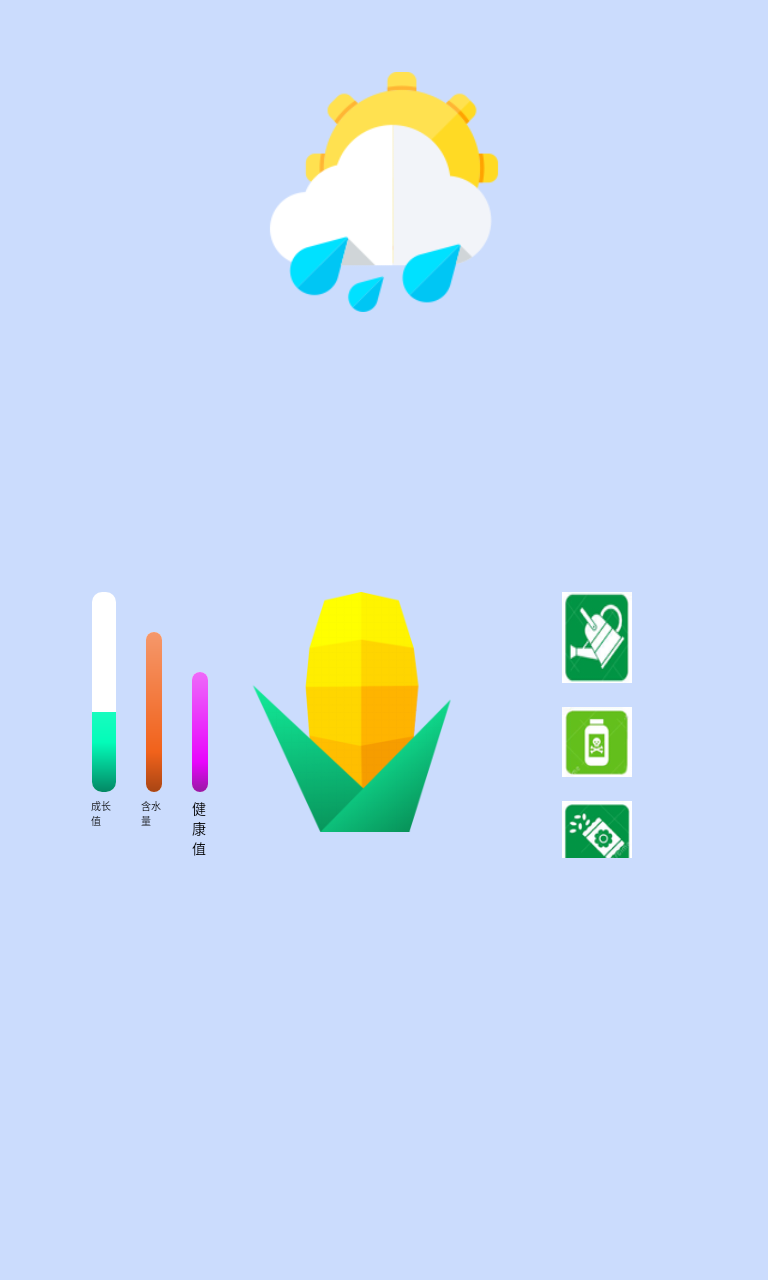
Repository: DraceWang/YumiTianqi
Layout: YumiTianqi/res/layout/fragment_main.xml
An editor plug-in stored every save of this project. The layout is shown before and after the next save, followed by the edit.
It is drawn on a 768 x 1280 px phone screen (xhdpi) without system bars, with theme AppTheme; the app's code is not run. Lists and similar views that code fills are empty.

Above is the layout before, as saved 2015-05-21 03:11:51.

### YumiTianqi/res/layout/fragment_main.xml
<RelativeLayout xmlns:android="http://schemas.android.com/apk/res/android"
    xmlns:tools="http://schemas.android.com/tools"
    android:layout_width="match_parent"
    android:layout_height="match_parent"
    android:background="#cbdcfd"
    android:paddingBottom="@dimen/activity_vertical_margin"
    android:paddingLeft="@dimen/activity_horizontal_margin"
    android:paddingRight="@dimen/activity_horizontal_margin"
    android:paddingTop="@dimen/activity_vertical_margin"
    tools:context="com.boyumi.yumitianqi.MainActivity$PlaceholderFragment" >

    <TextView
        android:id="@+id/CityName"
        android:layout_width="wrap_content"
        android:layout_height="wrap_content"
        android:layout_marginLeft="20dp"
        android:layout_marginTop="20dp"
        android:textColor="#000"
        android:textSize="10sp" />

    <TextView
        android:id="@+id/currentTemperature"
        android:layout_width="wrap_content"
        android:layout_height="wrap_content"
        android:layout_alignParentRight="true"
        android:layout_alignTop="@+id/CityName"
        android:layout_marginRight="20dp"
        android:textColor="#000"
        android:textSize="10sp" />

    <ImageView
        android:id="@+id/WeatherIcon"
        android:layout_width="120dp"
        android:layout_height="120dp"
        android:layout_alignTop="@+id/CityName"
        android:layout_centerHorizontal="true"
        android:src="@drawable/sunnyrain" />

    <TextView
        android:layout_width="wrap_content"
        android:layout_height="wrap_content"
        android:id="@+id/WeatherCondition"
        android:layout_below="@+id/WeatherIcon"
        android:layout_centerHorizontal="true"
        android:layout_marginTop="5dp"
        android:textSize="10sp"
        android:textColor="#000"
        />

    <TextView
        android:layout_width="wrap_content"
        android:layout_height="wrap_content"
        android:id="@+id/date"
        android:layout_alignParentBottom="true"
        android:layout_alignParentRight="true"
        android:layout_marginRight="5dp"
        android:layout_marginBottom="2dp"
        android:textSize="5sp"
        android:textColor="#666"
        />

    <TableLayout android:layout_width="60dp" android:layout_height="wrap_content" android:id="@+id/btn_AQ" android:layout_above="@+id/body" android:layout_marginLeft="10dp" android:layout_marginBottom="-100dp">

        <TableRow android:layout_width="wrap_content" android:layout_height="wrap_content">
            <TextView android:id="@+id/AQ_title" android:layout_width="60dp" android:layout_height="20dp" android:layout_alignParentLeft="true" android:gravity="center" android:textSize="6sp" />
        </TableRow>

        <TableRow android:layout_width="wrap_content" android:layout_height="wrap_content">
            <TextView android:id="@+id/AQ_content" android:layout_width="60dp" android:layout_height="20dp" android:gravity="center" android:layout_below="@+id/AQ_title" />
        </TableRow>


    </TableLayout>
    <HorizontalScrollView
        android:id="@+id/body"
        android:layout_width="wrap_content"
        android:layout_height="match_parent"
        android:layout_below="@+id/WeatherIcon"
        android:layout_centerHorizontal="true"
        android:layout_marginTop="100dp"
        android:layout_alignParentBottom="true"
        android:scrollbars="none" >

        <LinearLayout
            android:layout_width="wrap_content"
            android:layout_height="wrap_content"
            android:orientation="horizontal" >

            <RelativeLayout
                android:layout_width="320dp"
                android:layout_height="wrap_content"
                android:paddingLeft="15dp" >

                <ImageView
                    android:id="@+id/cron"
                    android:layout_width="120dp"
                    android:layout_height="120dp"
                    android:layout_centerHorizontal="true"
                    android:layout_marginTop="40dp"
                    android:src="@drawable/cron" />

                <ProgressBar
                    android:id="@+id/progressBar_gv"
                    style="?android:attr/progressBarStyleHorizontal"
                    android:layout_width="12dp"
                    android:layout_height="100dp"
                    android:layout_alignTop="@+id/cron"
                    android:layout_marginLeft="15dp"
                    android:max="200"
                    android:progress="80"
                    android:progressDrawable="@drawable/mybar_gv" />

                <ProgressBar
                    android:id="@+id/progressBar_wv"
                    style="?android:attr/progressBarStyleHorizontal"
                    android:layout_width="8dp"
                    android:layout_height="80dp"
                    android:layout_above="@+id/Date"
                    android:layout_alignBottom="@+id/progressBar_gv"
                    android:layout_marginLeft="15dp"
                    android:layout_toRightOf="@+id/progressBar_gv"
                    android:max="50"
                    android:progress="80"
                    android:progressDrawable="@drawable/mybar_wv" />

                <ProgressBar
                    android:id="@+id/progressBar_hv"
                    style="?android:attr/progressBarStyleHorizontal"
                    android:layout_width="8dp"
                    android:layout_height="60dp"
                    android:layout_above="@+id/Date"
                    android:layout_alignBottom="@+id/progressBar_gv"
                    android:layout_marginLeft="15dp"
                    android:layout_toRightOf="@+id/progressBar_wv"
                    android:max="10"
                    android:progress="80"
                    android:progressDrawable="@drawable/mybar_hv" />

                <ImageButton
                    android:id="@+id/imageButton_water"
                    android:layout_width="35dp"
                    android:layout_height="35dp"
                    android:layout_above="@+id/imageButton_bug"
                    android:layout_alignParentRight="true"
                    android:layout_alignTop="@+id/cron"
                    android:layout_marginBottom="12dp"
                    android:layout_marginRight="20dp"
                    android:background="@drawable/water"
                    android:onClick="water"
                    android:scaleType="fitCenter" />

                <ImageButton
                    android:id="@+id/imageButton_bug"
                    android:layout_width="35dp"
                    android:layout_height="35dp"
                    android:layout_above="@+id/imageButton_feiliao"
                    android:layout_alignLeft="@+id/imageButton_water"
                    android:layout_alignParentRight="true"
                    android:layout_marginBottom="12dp"
                    android:layout_marginRight="20dp"
                    android:background="@drawable/bug"
                    android:scaleType="fitCenter" />

                <ImageButton
                    android:id="@+id/imageButton_feiliao"
                    android:layout_width="35dp"
                    android:layout_height="35dp"
                    android:layout_alignBottom="@+id/cron"
                    android:layout_alignLeft="@+id/imageButton_water"
                    android:layout_alignParentRight="true"
                    android:layout_marginRight="20dp"
                    android:layout_marginBottom="-20dp"
                    android:background="@drawable/feiliao"
                    android:scaleType="fitCenter" />

                <TextView
                    android:id="@+id/grown"
                    android:layout_width="12dp"
                    android:layout_height="wrap_content"
                    android:layout_alignLeft="@+id/progressBar_gv"
                    android:layout_below="@+id/progressBar_gv"
                    android:layout_marginTop="3dp"
                    android:layout_marginLeft="-1dp"
                    android:text="成长值"
                    android:textColor="#000"
                    android:textSize="5sp" />

                <TextView
                    android:id="@+id/water"
                    android:layout_width="12dp"
                    android:layout_height="wrap_content"
                    android:layout_alignLeft="@+id/progressBar_wv"
                    android:layout_below="@+id/progressBar_wv"
                    android:layout_marginTop="3dp"
                    android:layout_marginLeft="-3dp"
                    android:text="含水量"
                    android:textColor="#000"
                    android:textSize="5sp" />

                <TextView
                    android:id="@+id/healthy"
                    android:layout_width="12dp"
                    android:layout_height="wrap_content"
                    android:layout_alignLeft="@+id/progressBar_hv"
                    android:layout_below="@+id/progressBar_hv"
                    android:layout_marginTop="3dp"
                    android:text="健康值"
                    android:textColor="#000"
                    android:textSize="7sp" />
            </RelativeLayout>

            <ListView
                android:id="@+id/forecast"
                android:layout_width="320dp"
                android:layout_height="wrap_content"
                android:layout_marginTop="40dp"
                android:layout_marginLeft="30dp"
                android:paddingRight="15dp">
            </ListView>
        </LinearLayout>
    </HorizontalScrollView>




</RelativeLayout>

### YumiTianqi/res/drawable-mdpi/mybar_gv.xml
<?xml version="1.0" encoding="utf-8"?>
<layer-list xmlns:android="http://schemas.android.com/apk/res/android" >
    <item android:id="@android:id/background" >
        <shape>
            <corners android:radius="5dip" />
            <gradient
                	android:startColor="#ffffff"
                    android:centerColor="#ffffff"
                    android:endColor="#ffffff"
                    android:angle="270"
            />
        </shape>
    </item>

     <item android:id="@android:id/progress">
        <clip android:clipOrientation="vertical"
            android:gravity="bottom">
            <shape>
                <corners android:radius="5dip" />
                <gradient
                        android:startColor="#6cfcd5"
                        android:centerColor="#03fcb9"
                        android:centerX="0.75"
                        android:endColor="#038864"
                        android:angle="270"
                />
            </shape>
        </clip>
    </item>


</layer-list>

### YumiTianqi/res/drawable-mdpi/mybar_wv.xml
<?xml version="1.0" encoding="utf-8"?>
<layer-list xmlns:android="http://schemas.android.com/apk/res/android" >
    <item android:id="@android:id/background" >
        <shape>
            <corners android:radius="5dip" />
            <gradient
                	android:startColor="#ffffff"
                    android:centerColor="#ffffff"
                    android:endColor="#ffffff"
                    android:angle="270"
            />
        </shape>
    </item>

     <item android:id="@android:id/progress">
        <clip android:clipOrientation="vertical"
            android:gravity="bottom">
            <shape>
                <corners android:radius="5dip" />
                <gradient
                        android:startColor="#f5986b"
                        android:centerColor="#f1621b"
                        android:centerX="0.75"
                        android:endColor="#a84514"
                        android:angle="270"
                />
            </shape>
        </clip>
    </item>


</layer-list>

### YumiTianqi/res/drawable-mdpi/mybar_hv.xml
<?xml version="1.0" encoding="utf-8"?>
<layer-list xmlns:android="http://schemas.android.com/apk/res/android" >
    <item android:id="@android:id/background" >
        <shape>
            <corners android:radius="5dip" />
            <gradient
                	android:startColor="#ffffff"
                    android:centerColor="#ffffff"
                    android:endColor="#ffffff"
                    android:angle="270"
            />
        </shape>
    </item>

     <item android:id="@android:id/progress">
        <clip android:clipOrientation="vertical"
            android:gravity="bottom">
            <shape>
                <corners android:radius="5dip" />
                <gradient
                        android:startColor="#ed6af9"
                        android:centerColor="#e805fc"
                        android:centerX="0.75"
                        android:endColor="#9818a4"
                        android:angle="270"
                />
            </shape>
        </clip>
    </item>


</layer-list>

Loaded but not shown: YumiTianqi/res/values/styles.xml (common file); YumiTianqi/res/values-v11/styles.xml (common file); YumiTianqi/res/values-v14/styles.xml (common file); YumiTianqi/res/values/dimens.xml (common file); YumiTianqi/res/values-w820dp/dimens.xml (common file)

After the next save:
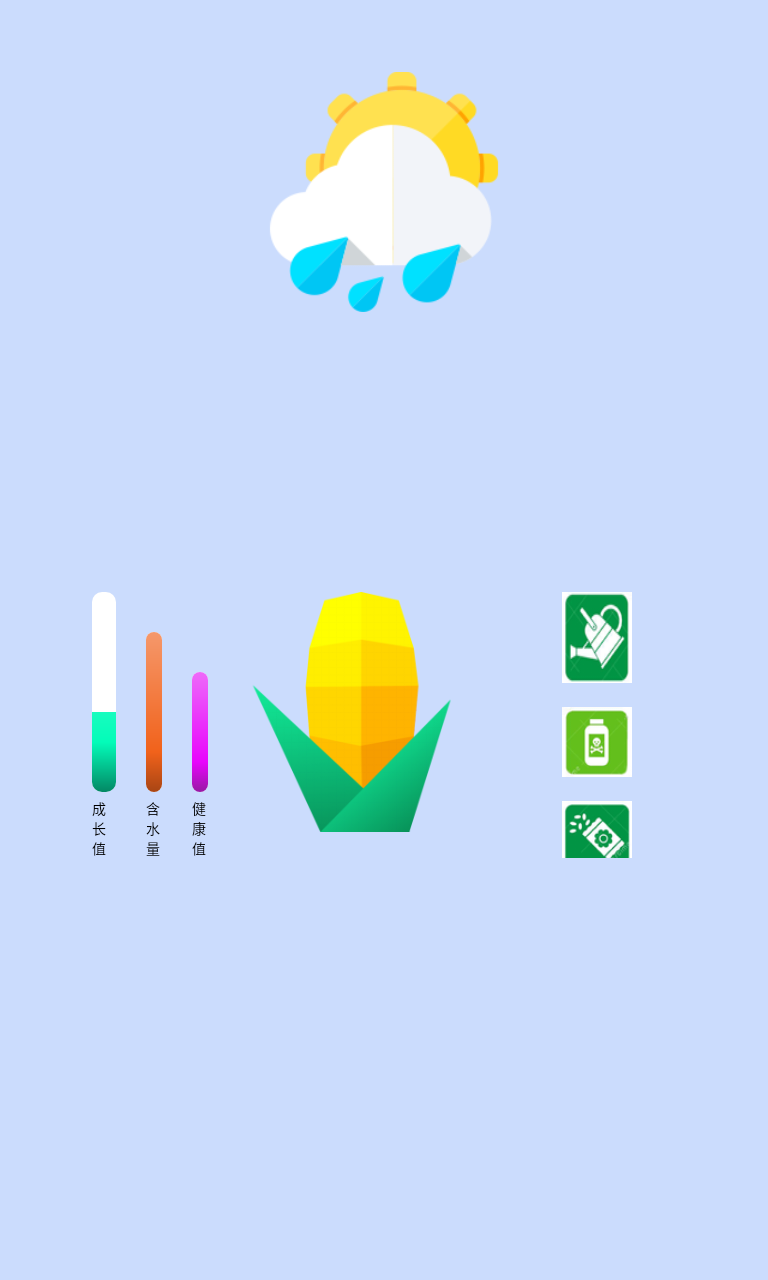
Saved 73 s later.
--- a/YumiTianqi/res/layout/fragment_main.xml
+++ b/YumiTianqi/res/layout/fragment_main.xml
@@ -180,26 +180,24 @@
                     android:layout_alignLeft="@+id/progressBar_gv"
                     android:layout_below="@+id/progressBar_gv"
                     android:layout_marginTop="3dp"
-                    android:layout_marginLeft="-1dp"
                     android:text="成长值"
                     android:textColor="#000"
-                    android:textSize="5sp" />
+                    android:textSize="7sp" />
 
                 <TextView
                     android:id="@+id/water"
-                    android:layout_width="12dp"
+                    android:layout_width="8dp"
                     android:layout_height="wrap_content"
                     android:layout_alignLeft="@+id/progressBar_wv"
                     android:layout_below="@+id/progressBar_wv"
                     android:layout_marginTop="3dp"
-                    android:layout_marginLeft="-3dp"
                     android:text="含水量"
                     android:textColor="#000"
-                    android:textSize="5sp" />
+                    android:textSize="7sp" />
 
                 <TextView
                     android:id="@+id/healthy"
-                    android:layout_width="12dp"
+                    android:layout_width="8dp"
                     android:layout_height="wrap_content"
                     android:layout_alignLeft="@+id/progressBar_hv"
                     android:layout_below="@+id/progressBar_hv"
